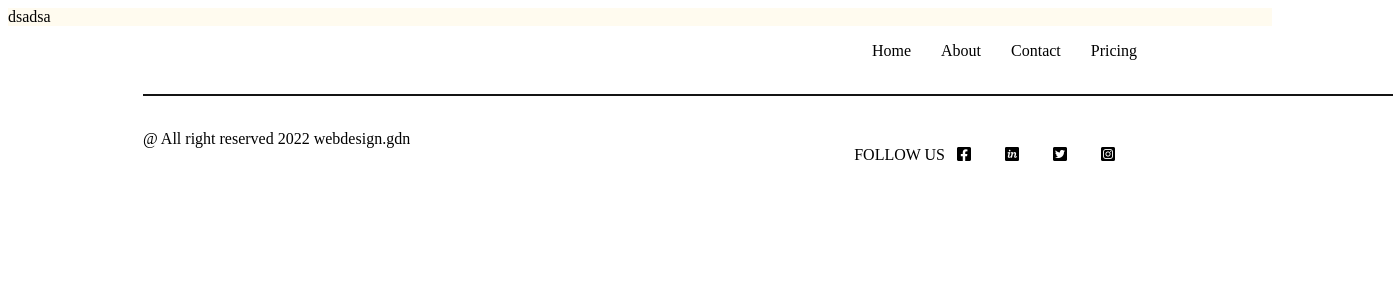
Repository: ngocphuocha/4lifeteam-marketing-agency
Page: index.html
An editor plug-in stored every save of this project. The page is shown before and after the next save, followed by the edit.
The browser window is 1280 px wide. The page is 1393 px wide, so the pictures cover 1393 px, including what lies to the right of the window. The pictures show the whole page.

Above is the page before, as saved 2023-03-13 15:45:52.

After the next save:
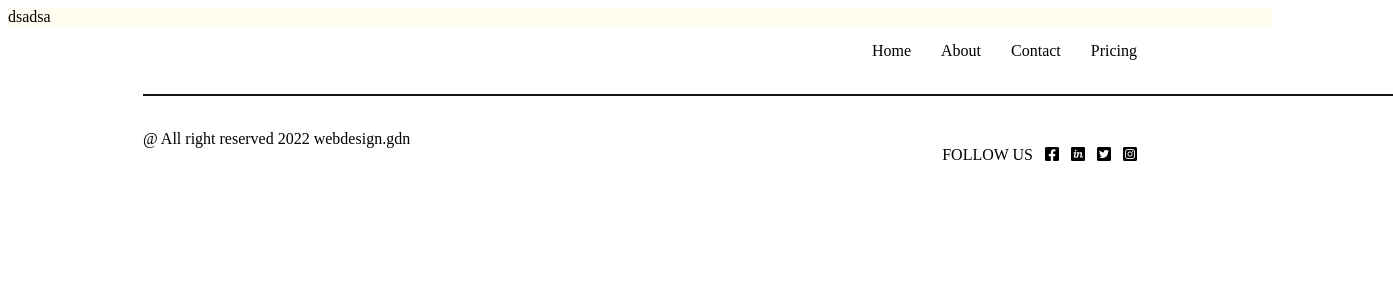
Saved 18 s later.
--- a/css/footer-service.css
+++ b/css/footer-service.css
@@ -55,8 +55,8 @@
     text-decoration: none;
  }
  .background-footer .footer-icons ul li i{
-    width: 36px;
-    height: 36px;
+    /* width: 36px;
+    height: 36px; */
  }
 
 
